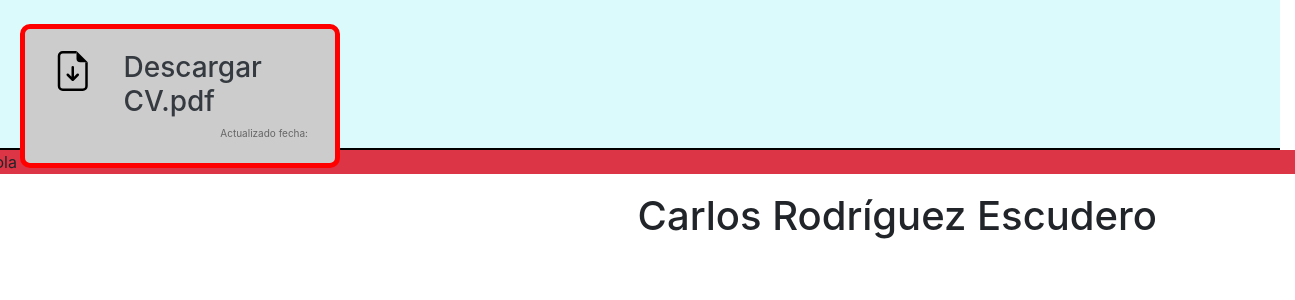
Repository: CarlosRoEs/CarlosWebCV
Page: index.html
An editor plug-in stored every save of this project. The page is shown before and after a run of saves, followed by the edit.
The browser window is 1280 px wide. The page is 1295 px wide, so the pictures cover 1295 px, including what lies to the right of the window. The pictures show the whole page.
The style sheet was rebuilt from its Sass, Less or Tailwind sources for each picture, by a compiler version that may differ from the author's.

Above is the page before, as saved 2020-09-15 16:03:54.
Console error: ReferenceError: $ is not defined

### index.html
<!DOCTYPE html>
<html lang="es">

<head>
    <meta charset="UTF-8">
    <meta name="viewport" content="width=device-width, initial-scale=1.0">
    <title>Carlos Rodríguez</title>
    <link rel="stylesheet" href="bootstrap/css/bootstrap.min.css">
    <link rel="stylesheet" href="Sass/dist/header.css">
</head>

<body>

    <div class="container-fluid">
        <div id="row-header" class="row">
            <header id="header" class="col-12">
                <div id="row-a-header" class="row">

                            <!-- <a href="https://www.sport.es/es/" id="a-header" class="col-4 text-decoration-none d-flex flex-row flex-wrap mt-4 ml-5"> -->
                                <button id="header-button" type="button" class="btn btn-secondary col-3 d-flex flex-row flex flex-wrap mt-4" data-toggle="tooltip" data-placement="top" title="Descargar PDF">
                                    <svg width="40px" height="40px" viewBox="0 0 16 16" class="bi bi-file-earmark-arrow-down col-3 mt-3" fill="dark" xmlns="http://www.w3.org/2000/svg">
                                        <path d="M4 0h5.5v1H4a1 1 0 0 0-1 1v12a1 1 0 0 0 1 1h8a1 1 0 0 0 1-1V4.5h1V14a2 2 0 0 1-2 2H4a2 2 0 0 1-2-2V2a2 2 0 0 1 2-2z" />
                                        <path d="M9.5 3V0L14 4.5h-3A1.5 1.5 0 0 1 9.5 3z" />
                                        <path fill-rule="evenodd" d="M8 6a.5.5 0 0 1 .5.5v3.793l1.146-1.147a.5.5 0 0 1 .708.708l-2 2a.5.5 0 0 1-.708 0l-2-2a.5.5 0 1 1 .708-.708L7.5 10.293V6.5A.5.5 0 0 1 8 6z" />
                                    </svg>
                                    <h3 id="h3-header" class="col-9 mt-3 text-left text-dark">Descargar CV.pdf</h3>
                                    <p class="col-12 text-right text-black-50">Actualizado fecha:</p>
                                </div>


                            <!-- </a> -->
                    <div class="col-8d-flex justify-content-center mt-4">
                        <h1 class="mt-3 mr-5 align-items-center">Carlos Rodríguez Escudero</h1>
                    </div>
                </div>
            </header>
        </div>
        <div class="row bg-danger">
            hola
        </div>

    </div>
<script>
    $(function () {
        $('[data-toggle="tooltip"]').tooltip()
      })
</script>

    <script type="text/javascript" src="jquery/jquery-3.5.1.min.js"></script>
    <script type="text/javascript" src="bootstrap/js/bootstrap.min.js"></script>
</body>

</html>

### Sass/header.scss
* {
    margin: 0px;
    padding: 0px;
}


#header {
    height: 150px;
    text-align: center;
    border-bottom: 2px solid black;
    background-color: rgba(175, 244, 247, 0.446);

    h1{
        margin-left: 45%;
    }
}

#header-button {
    margin-left: 20px;
    background-color: #ccc;
    border: 5px solid red;
    border-radius: 10px;
    font-size: 10px;
}

Loaded but not shown: bootstrap/css/bootstrap.min.css (library); jquery/jquery-3.5.1.min.js (library); bootstrap/js/bootstrap.min.js (library)

After the next 4 saves:
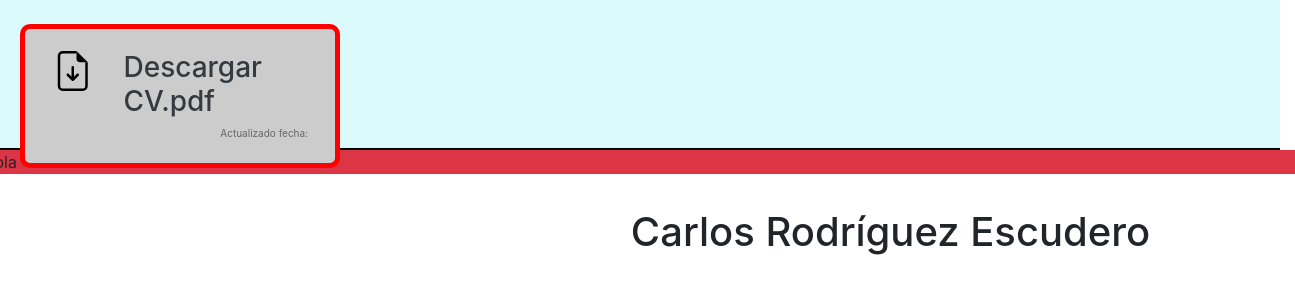
The 4 saves are shown as one change because they came seconds apart.
The last was saved 11 s later.
--- a/index.html
+++ b/index.html
@@ -29,7 +29,7 @@
 
 
                             <!-- </a> -->
-                    <div class="col-8d-flex justify-content-center mt-4">
+                    <div class="col d-flex justify-content-center mt-4">
                         <h1 class="mt-3 mr-5 align-items-center">Carlos Rodríguez Escudero</h1>
                     </div>
                 </div>
